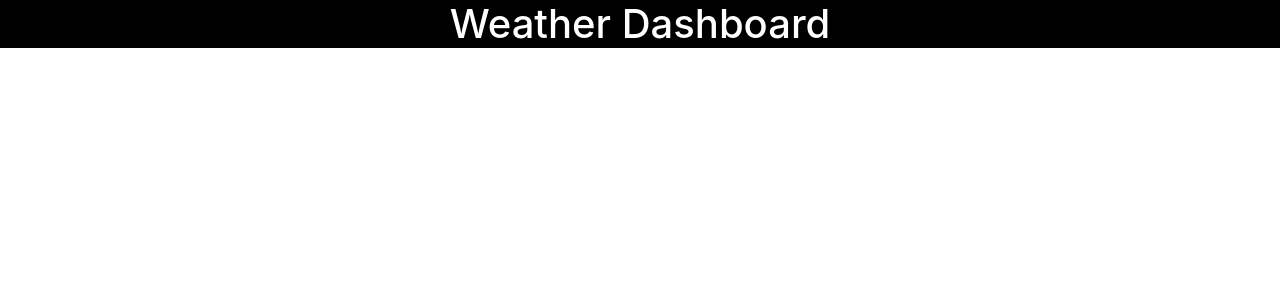
Repository: s88leigh/Weather-Dashboard
Page: index.html
The author's editor kept a copy of each file at every save. The page is drawn from the files as they stood at one save, then again after a run of saves.
The browser window is 1280 px wide. The pictures show the whole page.

Above is the page before, as saved 2019-10-30 20:14:53.

After the next 12 saves:
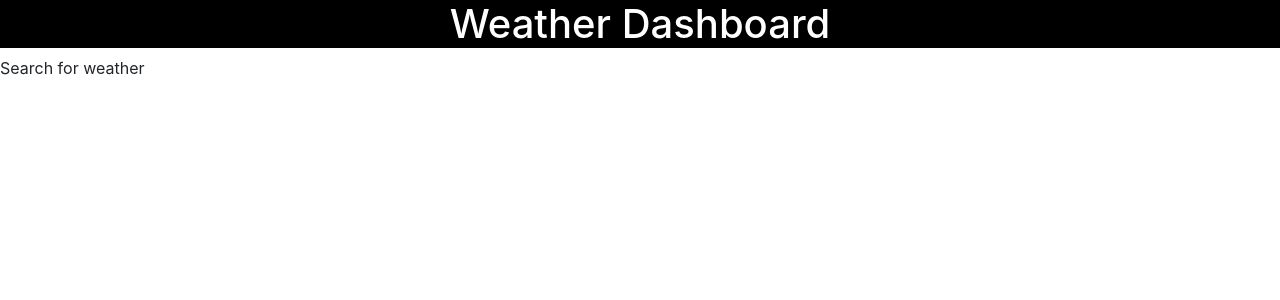
The 12 saves are shown as one change because they came seconds apart.
The last was saved 31 s later.
--- a/index.html
+++ b/index.html
@@ -15,7 +15,9 @@
     </div>
 
     <div id="left-b0x">
-        <form id="weather-form"
+        <form id="weather-form">
+            <label for="weather-input">Search for weather</label>
+        </form>
 
     </div>
 
